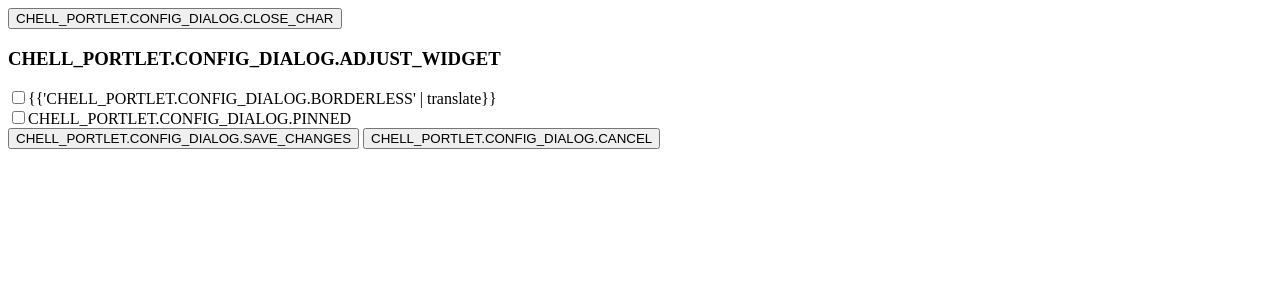
Repository: rvillars/chell-portlet
Page: src/templates/portlet-config-dialog.tpl.html
The author's editor kept a record of every edit. The page is drawn from the files as they stood at one moment, then again after the next edit.
The browser window is 1280 px wide. The pictures show the whole page.

Above is the page before.

### src/templates/portlet-config-dialog.tpl.html
<!-- Dialog for the config button on the portlets-->
<div class="modal-content">
    <div class="modal-header">
        <button class="close" ng-click="cancel()" translate>CHELL_PORTLET.CONFIG_DIALOG.CLOSE_CHAR</button>
        <h3 translate>CHELL_PORTLET.CONFIG_DIALOG.ADJUST_WIDGET</h3>
    </div>
    <div class="modal-body">
        <tabset>
            <tab heading="{{'CHELL_PORTLET.CONFIG_DIALOG.PORTLET_CONFIG' | translate}}">
                <div class="checkbox">
                    <label>
                        <input type="checkbox" ng-model="config.borderless">{{'CHELL_PORTLET.CONFIG_DIALOG.BORDERLESS' | translate}}
                    </label>
                </div>
                <div class="checkbox">
                    <label>
                        <input type="checkbox" ng-model="config.pinned">CHELL_PORTLET.CONFIG_DIALOG.PINNED
                    </label>
                </div>
            </tab>
        </tabset>
    </div>
    <div class="modal-footer">
        <button class="btn btn-primary" ng-click="ok()" translate>CHELL_PORTLET.CONFIG_DIALOG.SAVE_CHANGES</button>
        <button class="btn" ng-click="cancel()" translate>CHELL_PORTLET.CONFIG_DIALOG.CANCEL</button>
    </div>
</div>

After the next edit:
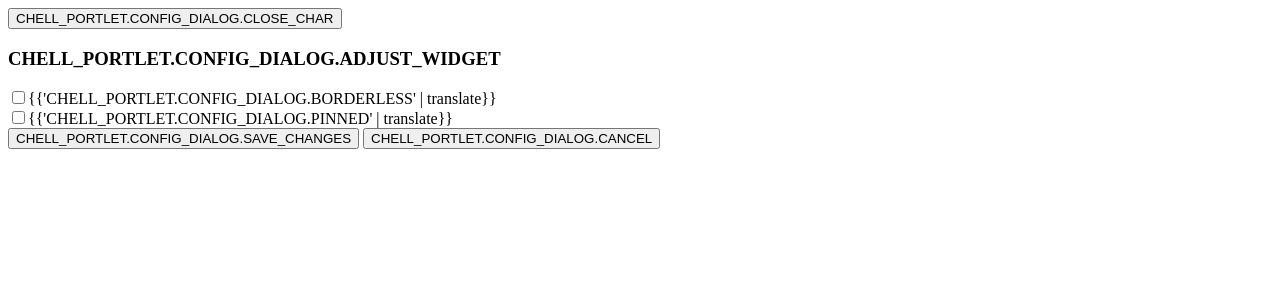
The edit:
--- a/src/templates/portlet-config-dialog.tpl.html
+++ b/src/templates/portlet-config-dialog.tpl.html
@@ -14,7 +14,7 @@
                 </div>
                 <div class="checkbox">
                     <label>
-                        <input type="checkbox" ng-model="config.pinned">CHELL_PORTLET.CONFIG_DIALOG.PINNED
+                        <input type="checkbox" ng-model="config.pinned">{{'CHELL_PORTLET.CONFIG_DIALOG.PINNED' | translate}}
                     </label>
                 </div>
             </tab>
